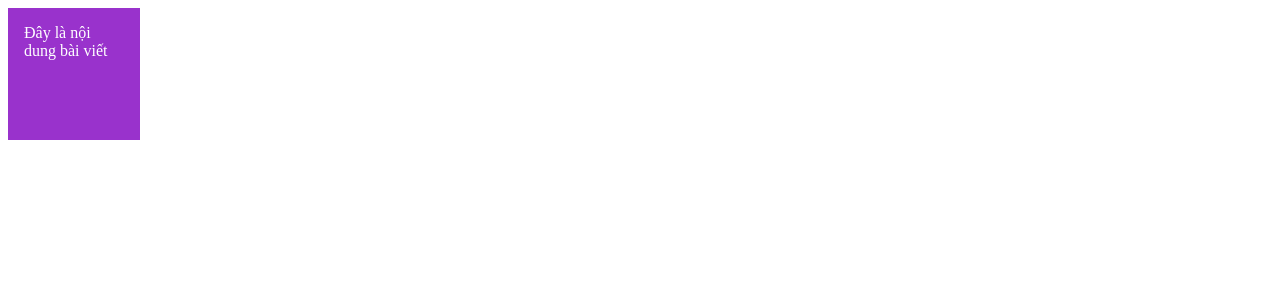
Repository: critdang/electro_store
Page: javascript_project/HTML &CSS practice/index.html
The author's editor kept a copy of each file at every save. The page is drawn from the files as they stood at one save, then again after the next save.
The browser window is 1280 px wide. The pictures show the whole page.

Above is the page before, as saved 2021-10-01 22:22:19.

### javascript_project/HTML &CSS practice/index.html
<!DOCTYPE html>
<html lang="en">
    <head>
        <meta charset="UTF-8">
        <meta http-equiv="X-UA-Compatible" content="IE=edge">
        <meta name="viewport" content="width=device-width, initial-scale=1.0">
        <title>Document</title>
        <style>
            .box{
                width:100px;
                height:100px;
                color: #fff;

                background-color: darkorchid;
                padding: 16px;
            }

        </style>
    </head>
    <body>
        <div class="box">
            Đây là nội dung bài viết
        </div>
    </body>
</html>

After the next save:
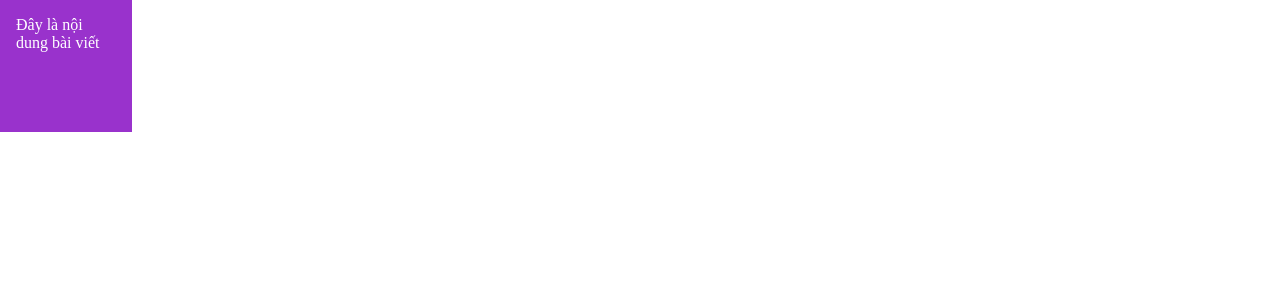
Saved 18 s later.
--- a/javascript_project/HTML &CSS practice/index.html
+++ b/javascript_project/HTML &CSS practice/index.html
@@ -6,6 +6,7 @@
         <meta name="viewport" content="width=device-width, initial-scale=1.0">
         <title>Document</title>
         <style>
+            html,body{margin:0}
             .box{
                 width:100px;
                 height:100px;
